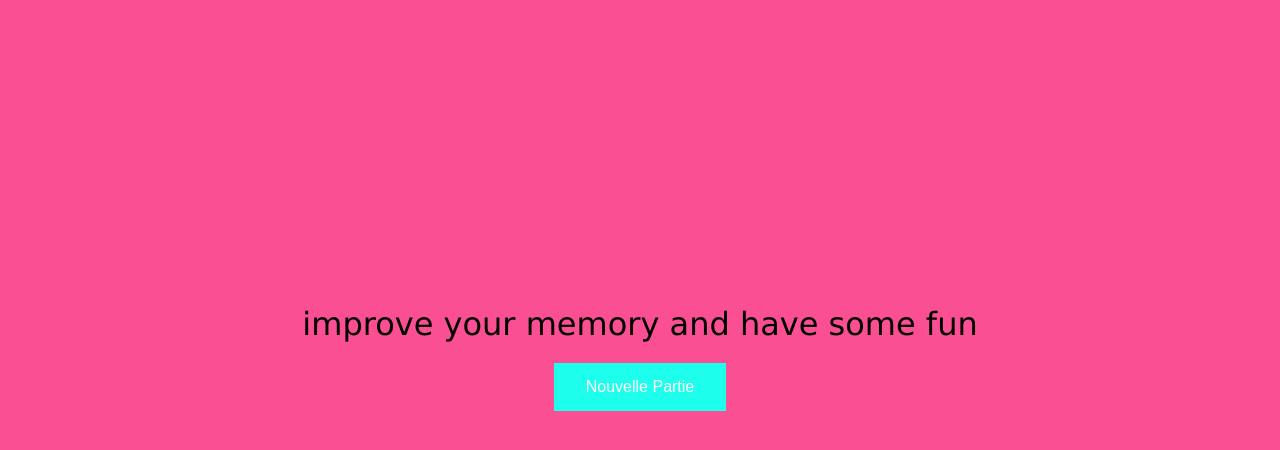
Repository: karim-sebih/react-memory
Page: / (app in react-memory/Memory/)
These files come from the project's save history. The page is drawn as it stood at one moment and after the next save; the edit follows.
The browser window is 1280 px wide. The pictures show the whole page.
The project was rebuilt for these pictures with package versions that can differ from the ones it lists, and the page was loaded fresh each time. Also part of the build but not shown: react-memory/Memory/vite.config.js, react-memory/Memory/src/components/Card.jsx, react-memory/Memory/src/components/Cards.jsx.

Above is the page before, as saved 2025-05-22 10:45:46.

### react-memory/Memory/src/App.css
#root {
  max-width: 1280px;
  margin: 0 auto;
  padding: 2rem;
  text-align: center;
}

.logo {
  height: 6em;
  padding: 1.5em;
  will-change: filter;
  transition: filter 300ms;
}
.logo:hover {
  filter: drop-shadow(0 0 2em #646cffaa);
}
.logo.react:hover {
  filter: drop-shadow(0 0 2em #61dafbaa);
}



@keyframes logo-spin {
  from {
    transform: rotate(0deg);
  }
  to {
    transform: rotate(360deg);
  }
}

@media (prefers-reduced-motion: no-preference) {
  a:nth-of-type(2) .logo {
    animation: logo-spin infinite 20s linear;
  }
}

.card {
  padding: 2em;
}

.read-the-docs {
  color: #888;
}

.title {
  font-size: 2em;
  margin-bottom: 0.5em;
}

* {
  margin: 0;
  padding: 0;
}


html,
body {
  height: 100%;
}

body {
  font-family: Verdana, sans-serif;
  background-color: #fb4f93;
  display: flex;
  justify-content: center;
  align-items: center;
}

h1 {
  color: #fff;
  font-size: 50px;
  text-align: center;
  margin-bottom: 1rem;
}

h3{
  color: #fff;
  font-size: 20px;
  text-align: center;
  margin-bottom: 1rem;
}

.container {
  height: 500px;
  width: 500px;
  /* background-color: #00e6e4; */
  display: grid;
  grid-template-columns: repeat(4, 1fr);
  grid-template-rows: repeat(4, 1fr);
  gap: .5em;
}

.card{
  background-color: #fff;
  display: flex;
  justify-content: center;
  align-items: center;
  border-radius:5px ;
  transform: rotateY(180deg);
  animation:2s hideCard linear;
  transition:transform 0.5s;
}
@keyframes hideCard{
  0%, 70%{
    transform: rotateY(0);
  }
  100%{
    transform: rotateY(180deg);
  }
}

.card img{
  max-width: 80%;
  max-height: 80%;
  transform: scale(0);
  animation:2s hideImage linear;
   transition:transform 0.5s;
}
@keyframes hideImage{
  0%, 70%{
    transform: scale(1);
  }
  100%{
    transform: scale(0);
  }
}

.card.active{
  transform: rotateY(0);
}

.card.correct{
  background-color: rgb(34, 230, 34);
}
.card.wrong{
  background-color: rgb(230, 34, 34);
}
.card.active img{
  transform: scale(1);
}

### react-memory/Memory/src/App.jsx
import { useState } from 'react'
import './App.css'
import NewGameButton from './components/Button.jsx'
import Cards from './components/Cards';

function App() {
  const [gameStarted, setGameStarted] = useState(false)



  const startNewGame = () => {

    setGameStarted(true)
  }

  return (
    <>
      <div className='title'>

        improve your memory and have some fun

      </div>
      {!gameStarted ? (
        <NewGameButton onNewGame={startNewGame} />
      ) : (
        <div>
          <div className="App">
        <h1>Memory Game</h1>
        {/* <h3>Welcome to the Memory Game!</h3> */}
        <h3>Try to match all the pairs of cards!</h3>
        <Cards />

    </div>
        </div>
      )}

    </>
  )
}

export default App

### react-memory/Memory/src/components/Button.jsx
import React from 'react';
import './Button.css';

const NewGameButton = ({ onNewGame }) => (
    <button  className='new-game-button' onClick={onNewGame}>
        Nouvelle Partie
    </button>
);



export default NewGameButton;

### react-memory/Memory/src/components/button.css
.new-game-button {
  background-color: #1dffec;
  border: none;
  color: white;
  padding: 15px 32px;
  text-align: center;
  text-decoration: none;
  display: inline-block;
  font-size: 16px;
  margin: 4px 2px;
  cursor: pointer;
}
.new-game-button:hover {
  background-color: #1dffec;
  color: white;
  box-shadow: 0 0 10px #1dffec, 0 0 20px #1dffec, 0 0 30px #1dffec;
}

Loaded but not shown: react-memory/Memory/index.html (common file); react-memory/Memory/src/main.jsx (common file)

After the next save:
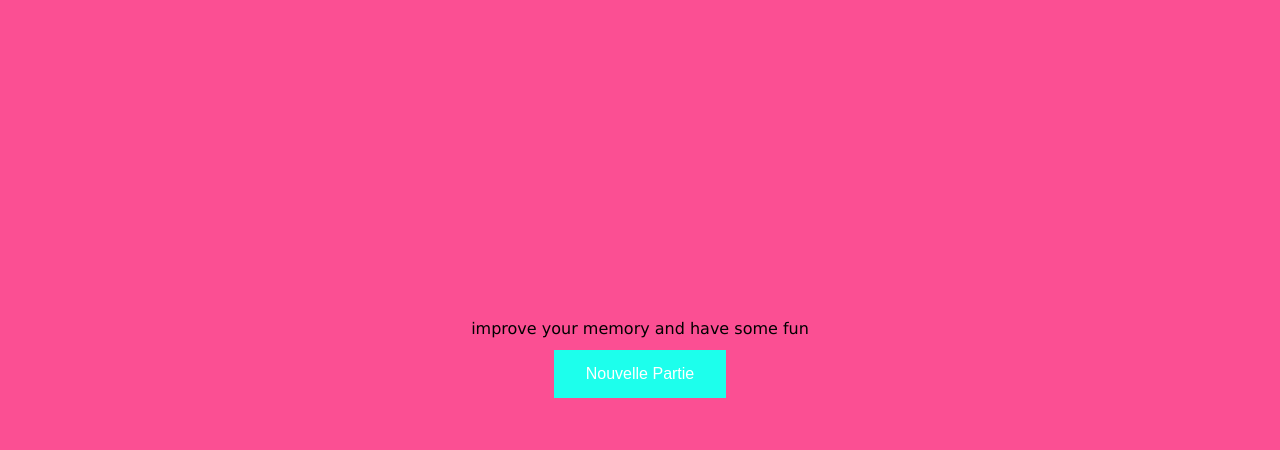
Saved 32 s later.
--- a/react-memory/Memory/src/App.css
+++ b/react-memory/Memory/src/App.css
@@ -44,7 +44,7 @@
 }
 
 .title {
-  font-size: 2em;
+  font-size: 1em;
   margin-bottom: 0.5em;
 }
 
